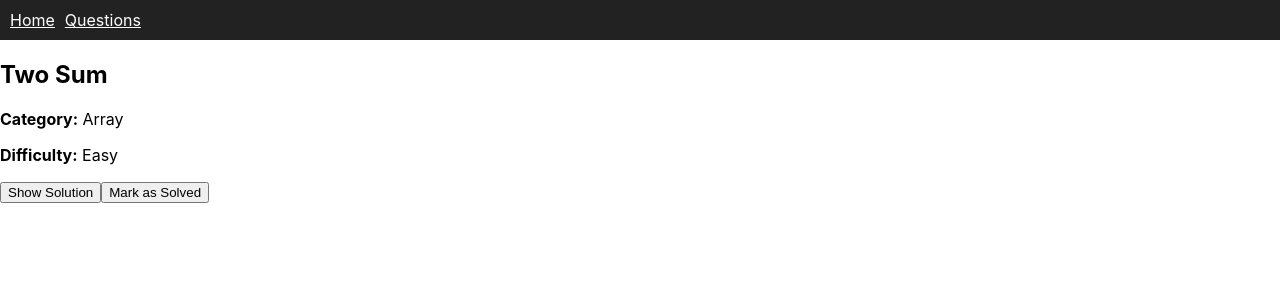
Repository: Atharva-1512/devprep-hub
Page: /questions/1 (app in frontend/)
The author's editor kept a copy of each file at every save. The page is drawn from the files as they stood at one save, then again after the next save.
The browser window is 1280 px wide. The pictures show the whole page.
The project was rebuilt for these pictures with package versions that can differ from the ones it lists, and the page was loaded fresh each time. Also part of the build but not shown: frontend/src/pages/Questions.js, frontend/src/pages/home.js.

Above is the page before, as saved 2026-03-30 21:53:55.

### frontend/src/App.js
import { BrowserRouter as Router, Routes, Route } from "react-router-dom";
import Navbar from "./components/Navbar";
import Questions from "./pages/Questions";
import Home from "./pages/Home";
import QuestionDetail from "./pages/QuestionDetail";

function App() {
  return (
    <Router>
      <Navbar />
      <Routes>
  <Route path="/" element={<Home />} />
  <Route path="/questions" element={<Questions />} />
  <Route path="/questions/:id" element={<QuestionDetail />} />
</Routes>
    </Router>
  );
}

export default App;

### frontend/src/components/Navbar.js
import { Link } from "react-router-dom";

function Navbar() {
  return (
    <nav style={{ padding: "10px", background: "#222" }}>
      <Link to="/" style={{ color: "#fff", marginRight: "10px" }}>
        Home
      </Link>
      <Link to="/questions" style={{ color: "#fff" }}>
        Questions
      </Link>
    </nav>
  );
}

export default Navbar;

### frontend/src/pages/QuestionDetail.js
import { useParams } from "react-router-dom";
import { useState } from "react";
import questions from "../data/questions";

function QuestionDetail() {
  const { id } = useParams();
  const [showSolution, setShowSolution] = useState(false);

  const question = questions.find((q) => q.id === parseInt(id));
  const [isSolved, setIsSolved] = useState(false);

  if (!question) return <h2>Question not found</h2>;

  return (
    <div>
      <h2>{question.title}</h2>
      <p><b>Category:</b> {question.category}</p>
      <p><b>Difficulty:</b> {question.difficulty}</p>

      <button onClick={() => setShowSolution(!showSolution)}>
        {showSolution ? "Hide Solution" : "Show Solution"}
      </button>
      <button onClick={() => setIsSolved(true)}>
      {isSolved ? "Solved ✅" : "Mark as Solved"}
      </button>

      {showSolution && (
        <div>
          <h3>Solution:</h3>
          <p>{question.solution}</p>
        </div>
      )}
    </div>
  );
}

export default QuestionDetail;

### frontend/src/data/questions.js
const questions = [
  {
    id: 1,
    title: "Two Sum",
    category: "Array",
    difficulty: "Easy",
    solution: "Use hashmap to store values"
  },
  {
    id: 2,
    title: "Reverse Linked List",
    category: "Linked List",
    difficulty: "Medium",
    solution: "Iterate and reverse pointers"
  }
];

export default questions;

Loaded but not shown: frontend/public/index.html (common file); frontend/src/index.js (common file); frontend/src/index.css (common file); frontend/src/reportWebVitals.js (common file)

After the next save:
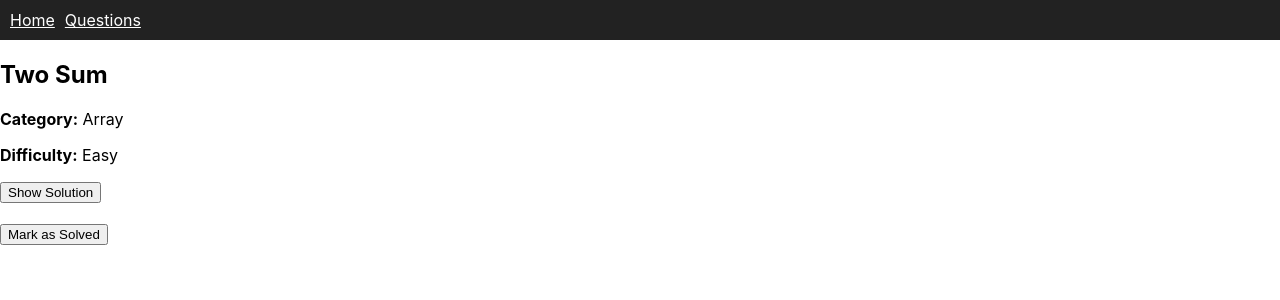
Saved 92 s later.
--- a/frontend/src/pages/QuestionDetail.js
+++ b/frontend/src/pages/QuestionDetail.js
@@ -18,10 +18,13 @@
       <p><b>Difficulty:</b> {question.difficulty}</p>
 
       <button onClick={() => setShowSolution(!showSolution)}>
-        {showSolution ? "Hide Solution" : "Show Solution"}
+  {showSolution ? "Hide Solution" : "Show Solution"}
       </button>
+
+<br /><br />
+
       <button onClick={() => setIsSolved(true)}>
-      {isSolved ? "Solved ✅" : "Mark as Solved"}
+  {isSolved ? "Solved ✅" : "Mark as Solved"}
       </button>
 
       {showSolution && (
